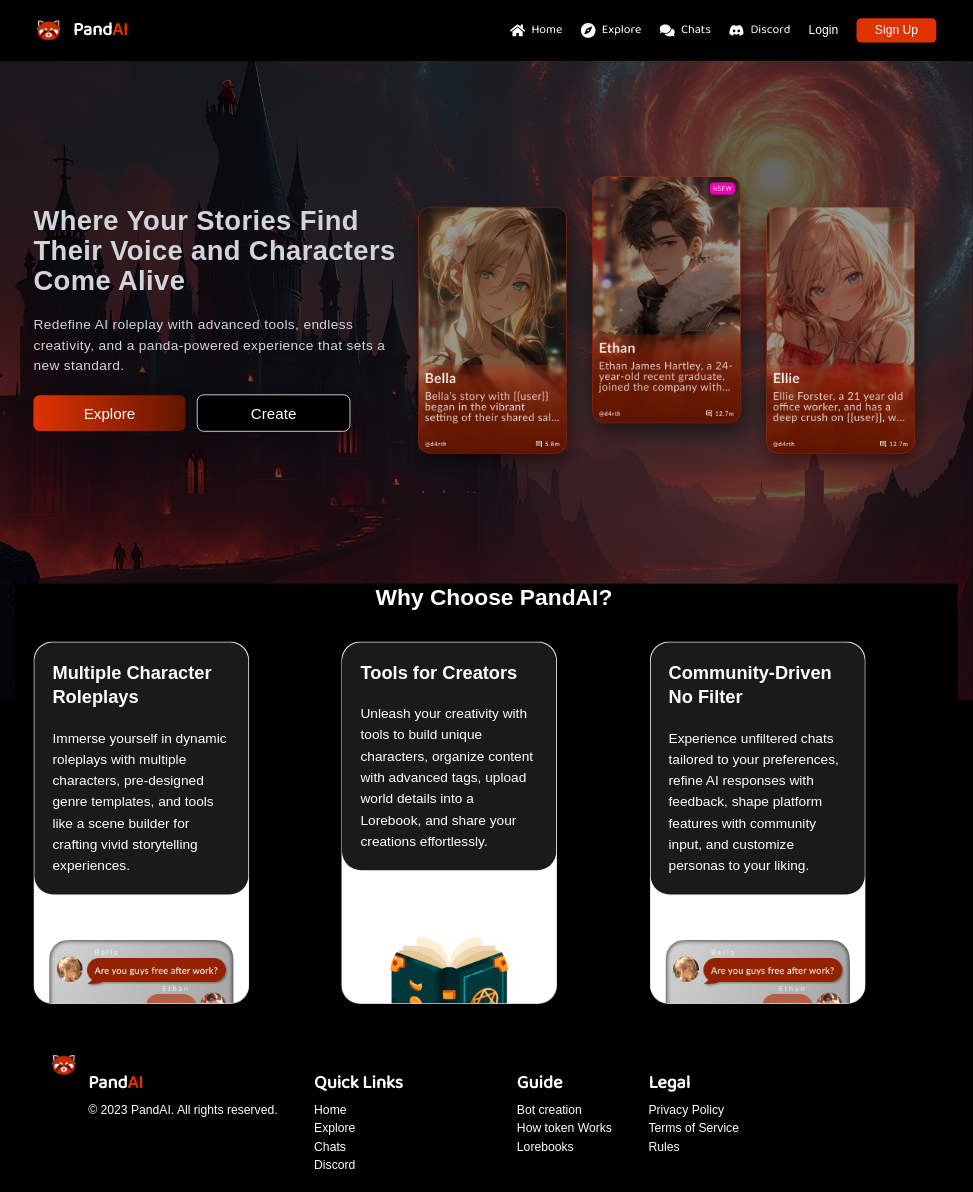
Repository: PandamoniumAI/Pandamonium
Page: /preview
An editor plug-in stored every save of this project. The page is shown before and after the next save, followed by the edit.
The browser window is 1280 px wide. The pictures show the whole page, at 76% of full size.
Some web libraries are served in a nearby version. The project was rebuilt for these pictures with package versions that can differ from the ones it lists, and the page was loaded fresh each time. Also part of the build but not shown: vite.config.js, src/Utils/Utils.js, src/Components/SearchBar/SearchBar.jsx, src/Components/CSS/CharacterCard.css, src/Components/CharacterCard/CharacterCard.jsx, src/Components/CSS/CharacterCardModal.css, src/Components/CharacterCardModal/CharacterCardModal.jsx, src/Components/CSS/Tags.css and 15 more.

Above is the page before, as saved 2025-01-01 21:29:57.

### index.html
<!doctype html>
<html lang="en">
  <head>
    <meta charset="UTF-8" />
    <link rel="icon" type="image/svg+xml" href="/src/assets/animal.png"/>
    <meta name="viewport" content="width=device-width, initial-scale=1.0" />
    <title>Pandamonium</title>
    <link
      href="https://cdn.jsdelivr.net/npm/bootstrap@5.3.0-alpha1/dist/css/bootstrap.min.css"
      rel="stylesheet"
    />
    <link
      href="https://cdn.jsdelivr.net/npm/bootstrap-icons/font/bootstrap-icons.css"
      rel="stylesheet"
    />
    <link
      href="https://cdnjs.cloudflare.com/ajax/libs/animate.css/4.1.1/animate.min.css"
      rel="stylesheet"
    />
  </head>

  <body>
    <div id="root"></div>
    <script src="https://kit.fontawesome.com/68b5244ee4.js" crossorigin="anonymous"></script>
    <script src="https://cdn.jsdelivr.net/npm/react/umd/react.production.min.js"></script>
    <script src="https://cdn.jsdelivr.net/npm/react-dom/umd/react-dom.production.min.js"></script>
    <script type="module" src="/src/main.jsx"></script>
    <script src="https://cdn.jsdelivr.net/npm/bootstrap@5.3.0-alpha1/dist/js/bootstrap.bundle.min.js"></script>
  </body>
</html>

### src/App.jsx
import HomePage from "./Components/HomePage/HomePage.jsx";
import Chat from "./Components/Chat/Chat.jsx";
import Create from "./Components/Create/Create.jsx";
import Error from "./Components/Error/Error.jsx";
import { BrowserRouter as Router, Routes, Route } from "react-router-dom";
import Preview from "../src/Preview/Preview.jsx";
function App() {
  return (
    <Router>
      <Routes>
        <Route path="/" element={<HomePage />} />
        <Route path="/chat/:characterId" element={<Chat />} />
        <Route path="/create" element={<Create />} />
        <Route path="*" element={<Error />} />
        <Route path="/preview" element={<Preview />} />
      </Routes>
    </Router>
  );
}

export default App;

### src/Preview/Preview.jsx
import React from "react";
import Animal from "../assets/animal.png";
import "./Preview.css";
import "tailwindcss/tailwind.css";
import {FaHome, FaCompass, FaComments, FaDiscord} from "react-icons/fa";
import image from "../assets/image.png";
import Chatcard from "../assets/Chat Card.png";
import Book from "../assets/Magical Book World Illustration 1.png";
import Roleplay from "../assets/Chat Card (1).png";

export default function Preview() {
  const handleCardHover = (event, element) => {
    const rect = element.getBoundingClientRect();
    const x = (event.clientX - rect.left) / rect.width - 0.5; // Normalize between -0.5 to 0.5
    const y = (event.clientY - rect.top) / rect.height - 0.5;

    element.style.transform = `rotateX(${y * 10}deg) rotateY(${x * 10}deg) scale(1.05)`;
  };

  return (
    <div className="main">
      <div className="fixed top-0 left-0 w-full bg-black bg-opacity-40 p-4 z-50">
        <div className="flex justify-between items-center w-full max-w-screen-xl mx-auto px-4">
          <div
            className="flex items-center space-x-4 cursor-pointer"
            onClick={() => window.scrollTo({top: 0, behavior: "smooth"})}
          >
            <img className="w-8 h-8" src={Animal} alt="Logo" />
            <h1 className="text-2xl font-bold font-baloo text-white">
              Pand<span className="text-[#E03201]">AI</span>
            </h1>
          </div>

          <div className="flex items-center space-x-6">
            <button className="flex items-center text-white font-baloo hover:text-[#E03201] transition">
              <FaHome className="mr-2 text-xl" />
              Home
            </button>
            <button className="flex items-center text-white font-baloo hover:text-[#E03201] transition">
              <FaCompass className="mr-2 text-xl" />
              Explore
            </button>
            <button className="flex items-center text-white font-baloo hover:text-[#E03201] transition">
              <FaComments className="mr-2 text-xl" />
              Chats
            </button>
            <button className="flex items-center text-white font-baloo hover:text-[#E03201] transition">
              <FaDiscord className="mr-2 text-xl" />
              Discord
            </button>
            <button className="text-white hover:text-[#E03201] transition">
              Login
            </button>
            <button className="bg-[#E03201] text-white px-4 py-1 rounded-md hover:bg-[#b02501] transition">
              Sign Up
            </button>
          </div>
        </div>
      </div>

      <div className="preview-container relative p-6">
        <div className="Preview-text mt-[50px] absolute top-[200px]">
          <p className="text-4xl text-gray-300 font-bold mb-6 tracking-[0.5px] w-[500px]">
            Where Your Stories Find Their Voice and Characters Come Alive
          </p>
          <p className="text-[18px] text-gray-300 leading-[27px] tracking-[0.5px] w-[500px] mb-8">
            Redefine AI roleplay with advanced tools, endless creativity, and a
            panda-powered experience that sets a new standard.
          </p>
        </div>

        <div className="Buttons absolute top-[500px] flex space-x-4 mb-8">
          <button className="text-white text-xl h-[47px] w-[200px] rounded-lg shadow-2xl bg-gradient-to-r from-[#E03201] to-[#611600] transform hover:scale-105 transition-all duration-300 ease-in-out hover:shadow-orange-500/50 hover:shadow-lg">
            <span className="relative z-10">Explore</span>
          </button>
          <button
            className="create bg-black text-white text-xl h-[47px] w-[200px] rounded-lg shadow-2xl outline outline-1 hover:outline-none transition-all duration-300 ease-in-out transform hover:scale-105 hover:shadow-[#B22801]/50 hover:shadow-lg relative overflow-hidden group"
            style={{
              outlineImage:
                "linear-gradient(to right, #FFCBBB, #D07A5A, #A8382D, #611600)",
              outlineImageSlice: 1,
            }}
          >
            <span className="relative z-10">Create</span>
            <span className="absolute inset-0 bg-yellow-500 transform scale-x-0 group-hover:scale-x-100 transition-transform duration-300 origin-left"></span>
          </button>
        </div>

        <div className="absolute right-[30px] top-[200px]">
          <img src={image} alt="" />
        </div>
      </div>

      <div className="info px-6 relative bg-black" style={{ top: "700px" }}>
        <div className="infotext mb-8 text-white">
          <h1 className="text-3xl font-bold text-white ml-[450px]">
            Why Choose PandAI?
          </h1>

          <div className="cards grid grid-cols-1 md:grid-cols-3 gap-6 mt-10">
            {[
              "Multiple Character Roleplays",
              "Tools for Creators",
              "Community-Driven No Filter",
            ].map((title, index) => (
              <div
                key={index}
                className="card relative flex flex-col justify-between w-[284px] h-[477px] rounded-[25px] overflow-hidden"
                onMouseMove={(e) => handleCardHover(e, e.currentTarget)}
              >
                <div
                  className="absolute inset-0 -z-10 rounded-[25px]"
                  style={{
                    background:
                      "linear-gradient(135deg, #BF18C2, #6B1C8F, #1D0375)",
                    position: "absolute",
                    top: 0,
                    left: 0,
                    right: 0,
                    bottom: 0,
                    borderRadius: "25px",
                    padding: "2px",
                  }}
                />
                <div className="content p-6 bg-[#1A1A1A] flex flex-col justify-between h-full rounded-[25px]">
                  <h2 className="text-2xl font-semibold mb-4 text-white">
                    {title}
                  </h2>
                  <p className="text-lg text-white">
                    {index === 0
                      ? "Immerse yourself in dynamic roleplays with multiple characters, pre-designed genre templates, and tools like a scene builder for crafting vivid storytelling experiences."
                      : index === 1
                        ? "Unleash your creativity with tools to build unique characters, organize content with advanced tags, upload world details into a Lorebook, and share your creations effortlessly."
                        : "Experience unfiltered chats tailored to your preferences, refine AI responses with feedback, shape platform features with community input, and customize personas to your liking."}
                  </p>
                </div>
                <div className="image-container mt-4">
                  {index === 0 ? (
                    <img
                      src={Chatcard}
                      alt="Roleplay"
                      className="w-full rounded-[25px]"
                    />
                  ) : index === 1 ? (
                    <img
                      src={Book}
                      alt="Creator Tools"
                      className="w-full rounded-[25px]"
                    />
                  ) : (
                    <img
                      src={Roleplay}
                      alt="Community"
                      className="w-full rounded-[25px]"
                    />
                  )}
                </div>
              </div>
            ))}
          </div>

          <div className="Footer bg-black py-6 flex items-start pl-6 mt-10">
  <img className="w-8 h-8 mr-4 mb-[35px]" src={Animal} alt="Logo" />
  <div className="flex flex-col mr-12 mt-6">
    <h1 className="text-2xl font-bold font-baloo text-white">
      Pand<span className="text-[#E03201]">AI</span>
    </h1>
    <p className="text-white mt-2">
      © 2023 PandAI. All rights reserved.
    </p>
  </div>

  <div className="Quicklinks mr-[150px] mt-6">
    <h1 className="text-2xl font-bold font-baloo text-white">Quick Links</h1>
    <ul className="list-none pl-0 mt-2">
      <li className="text-white hover:text-[#E03201] transition">
        <a href="#">Home</a>
      </li>
      <li className="text-white hover:text-[#E03201] transition">
        <a href="#">Explore</a>
      </li>
      <li className="text-white hover:text-[#E03201] transition">
        <a href="#">Chats</a>
      </li>
      <li className="text-white hover:text-[#E03201] transition">
        <a href="#">Discord</a>
      </li>
    </ul>
  </div>

  <div className="guide mr-12 mt-6">
    <h1 className="text-2xl font-bold font-baloo text-white">Guide</h1>
    <ul className="list-none pl-0 mt-2">
      <li className="text-white hover:text-[#E03201] transition">
        <a href="#">Bot creation</a>
      </li>
      <li className="text-white hover:text-[#E03201] transition">
        <a href="#">How token Works</a>
      </li>
      <li className="text-white hover:text-[#E03201] transition">
        <a href="#">Lorebooks</a>
      </li>
    </ul>
  </div>

  <div className="legal mr-12 mt-6">
    <h1 className="text-2xl font-bold font-baloo text-white">Legal</h1>
    <ul className="list-none pl-0 mt-2">
      <li className="text-white hover:text-[#E03201] transition">
        <a href="#">Privacy Policy</a>
      </li>
      <li className="text-white hover:text-[#E03201] transition">
        <a href="#">Terms of Service</a>
      </li>
      <li className="text-white hover:text-[#E03201] transition">
        <a href="#">Rules</a>
      </li>
    </ul>
  </div>
</div>


        </div>
      </div>
    </div>
  );
}

### src/Components/Chat/ExtraCss.css
/* ExtraCss.css */

/* General Styles */
body {
    margin: 0;
    padding: 0;
    font-family: Arial, sans-serif;
    background-color: #121212;
    color: #ffffff;
  }

  /* Chat Container */
  .d-flex {
    display: flex;
  }

  .flex-column {
    flex-direction: column;
  }

  .h-100 {
    height: 100%;
  }

  .bg-dark {
    background-color: #181818;
  }

  .text-white {
    color: #ffffff;
  }

  .border-secondary {
    border-color: #444;
  }

  .border-top {
    border-top: 1px solid;
  }

  .border-bottom {
    border-bottom: 1px solid;
  }

  .overflow-hidden {
    overflow: hidden;
  }

  .overflow-auto {
    overflow: auto;
  }

  /* Chat Header */
  .p-3 {
    padding: 1rem;
  }

  .align-items-center {
    align-items: center;
  }

  .space-x-4 > * + * {
    margin-left: 1rem;
  }

  /* Avatar */
  img.rounded-circle {
    border-radius: 50%;
    cursor: pointer;
  }

  /* Message Bubbles */
  .bg-secondary {
    background-color: #2a2a2a;
  }

  .p-3 {
    padding: 1rem;
  }

  .rounded-lg {
    border-radius: 1rem;
  }

  .shadow-lg {
    box-shadow: 0px 4px 10px rgba(0, 0, 0, 0.2);
  }

  .text-muted {
    color: #aaaaaa;
  }

  /* Input Field */
  input {
    outline: none;
  }

  input::placeholder {
    color: #aaaaaa;
  }

  .border-0 {
    border: none;
  }

  .flex-grow-1 {
    flex-grow: 1;
  }

  .shadow-lg {
    box-shadow: 0px 4px 10px rgba(0, 0, 0, 0.2);
  }

  /* Buttons */
  button {
    cursor: pointer;
  }

  button:disabled {
    opacity: 0.6;
    cursor: not-allowed;
  }

  .btn {
    display: inline-flex;
    justify-content: center;
    align-items: center;
    padding: 0.5rem;
    border: none;
    border-radius: 0.5rem;
    transition: background-color 0.3s ease, transform 0.2s ease;
  }

  .btn:hover:not(:disabled) {
    background-color: #555;
    transform: translateY(-2px);
  }

  .btn-light {
    background-color: #444;
    color: #fff;
  }

  .btn-primary {
    background-color: #007bff;
    color: #fff;
  }

  .btn-primary:hover:not(:disabled) {
    background-color: #0056b3;
  }

  /* Typing Animation */
  .animate-pulse {
    animation: pulse 1.5s infinite;
  }

  @keyframes pulse {
    0%, 100% {
      opacity: 1;
    }
    50% {
      opacity: 0.5;
    }
  }

  /* Smooth Fade-In */
  @keyframes fadeIn {
    from {
      opacity: 0;
      transform: translateY(10px);
    }
    to {
      opacity: 1;
      transform: translateY(0);
    }
  }

  /* Scrollbar Styles */
  .overflow-auto::-webkit-scrollbar {
    width: 6px;
  }

  .overflow-auto::-webkit-scrollbar-thumb {
    background-color: #444;
    border-radius: 10px;
  }

  .overflow-auto::-webkit-scrollbar-track {
    background-color: transparent;
  }

  .ReactModal__Overlay {
    opacity: 0;
    transition: opacity 0.3s ease-in-out;
  }
  .ReactModal__Overlay--after-open {
    opacity: 1;
  }
  .ReactModal__Overlay--before-close {
    opacity: 0;
  }

### src/Components/CSS/Create.css
body {
    background-color: #121212;
    color: #fff;
    min-height: 100vh;
    padding: 20px;
    font-family: 'Arial', sans-serif;
}
.creation-form {
    max-width: 800px;
    margin: 0 auto;
    background-color: rgba(0, 0, 0, 0.8);
    padding: 30px;
    border-radius: 15px;
    border: 1px solid #444;
    transition: all 0.3s ease;
}
.creation-form:hover {
    transform: scale(1.03);
    box-shadow: 0 10px 30px rgba(0, 0, 0, 0.5);
}
.form-control {
    background-color: #333;
    border: 1px solid #555;
    color: #fff;
    margin-bottom: 20px;
    transition: all 0.3s ease;
}
.form-control:focus {
    background-color: #444;
    border-color: #007bff;
    color: #fff;
}
.form-label {
    font-weight: bold;
}
.btn {
    background-color: #007bff;
    color: #fff;
    transition: all 0.3s ease;
}
.btn:hover {
    background-color: #0056b3;
}
.select2-container {
    width: 100%;
}
.custom-tag-field {
    margin-top: 20px;
}
.custom-tag-field input {
    width: calc(100% - 60px);
    display: inline-block;
    margin-right: 10px;
}
.custom-tag-field button {
    display: inline-block;
    background-color: #28a745;
    color: white;
    padding: 6px 12px;
    border: none;
    cursor: pointer;
}
.custom-tag-field button:hover {
    background-color: #218838;
}

@keyframes float {
    0% { transform: translateY(0px); }
    50% { transform: translateY(-10px); }
    100% { transform: translateY(0px); }
}

.tags-modal {
    display: none;
    position: fixed;
    top: 0;
    left: 0;
    width: 100%;
    height: 100%;
    background: rgba(0,0,0,0.7);
    z-index: 1000;
    animation: fadeIn 0.3s;
}

.tags-modal-content {
    position: absolute;
    top: 50%;
    left: 50%;
    transform: translate(-50%, -50%);
    background: #121212;
    color: white;
    padding: 2rem;
    border-radius: 15px;
    width: 90%;
    max-width: 500px;
    animation: slideIn 0.3s;
    box-shadow: 0 5px 15px rgba(0,0,0,0.3);
}

.tags-modal-header {
    display: flex;
    justify-content: space-between;
    align-items: center;
    margin-bottom: 1.5rem;
    border-bottom: 1px solid #333;
    padding-bottom: 1rem;
}

.btn-close {
    background-color: white;
}

.tag-pills {
    display: flex;
    flex-wrap: wrap;
    gap: 0.5rem;
}

.tag-pill {
    padding: 0.5rem 1rem;
    background: #2d2d2d;
    color: white;
    border-radius: 20px;
    cursor: pointer;
    transition: all 0.2s;
    border: 1px solid #444;
}

.tag-pill:hover {
    background: #3d3d3d;
    transform: translateY(-1px);
}

.tag-pill.selected {
    background: #007bff;
    color: white;
    border-color: #0056b3;
}

.selected-tags {
    background: #1a1a1a;
    padding: 1rem;
    border-radius: 10px;
}

.form-control {
    background: #2d2d2d;
    border: 1px solid #444;
    color: white;
}

.form-control:focus {
    background: #2d2d2d;
    color: white;
    border-color: #007bff;
    box-shadow: 0 0 0 0.2rem rgba(0,123,255,0.25);
}

.form-control::placeholder {
    color: #888;
}

@keyframes fadeIn {
    from { opacity: 0; }
    to { opacity: 1; }
}

@keyframes slideIn {
    from { transform: translate(-50%, -60%); opacity: 0; }
    to { transform: translate(-50%, -50%); opacity: 1; }
}

### src/Preview/Preview.css
@tailwind base;
@tailwind components;
@tailwind utilities;

@font-face {
    font-family: 'BalooDa2';
    src: url('../assets/Fonts/BalooDa2-Regular.ttf') format('truetype');
    font-weight: 400;
    font-style: normal;
}

body {
    position: relative;
    background-color: #000;
    min-height: 100vh;
    margin: 0;
    display: flex;
    flex-direction: column;
}

body::before {
    content: '';
    position: absolute;
    top: 0;
    left: 0;
    right: 0;
    bottom: 0;
    background-image: url('../../src/assets/Castle.jpg');
    background-size: cover;
    background-position: center;
    opacity: 0.4;
    z-index: -1;
}

### src/Components/Chat/Sidebar/styles.css
.floating-btn {
  position: absolute;
  top: 50%;
  left: 20px;
  cursor: pointer;
  z-index: 999;
  width: 64px;
  height: 64px;
  background-color: transparent;
  border: none;
  border-radius: 50%;
  transition: left 0.6s ease, transform 0.3s ease;
  box-shadow: none; /* Removed shadow */
}

.floating-btn.open {
  left: calc(240px + 20px);
}

.floating-btn.closed {
  left: 20px;
}

.sidebar {
  position: fixed;
  top: 0;
  left: 0;
  height: 100vh;
  background-color: #333;
  transition: width 0.5s ease-in-out;
  overflow: hidden;
  border-radius: 0 20px 20px 0;
}

.sidebar.open {
  width: 240px;
}

.sidebar.closed {
  width: 0;
}

.panda-image {
  transition: transform 0.5s ease, transform-origin 0.5s ease;
}

.panda-image:hover {
  transform: rotate(360deg); /* Full 360° rotation on hover */
  transform-origin: center;
}

.floating-btn:hover img {
  transform: rotate(360deg); /* Rotate the image smoothly when hovering over it */
  transition: transform 0.6s ease-in-out;
}

/* Reverse rotation when mouse leaves */
.floating-btn img {
  transition: transform 0.6s ease-out;
}

.floating-btn img:hover {
  animation: pandaRotate 0.6s forwards;
}

@keyframes pandaRotate {
  0% {
      transform: rotate(0deg);
  }
  100% {
      transform: rotate(360deg);
  }
}

.floating-btn img:not(:hover) {
  animation: reversePandaRotate 0.6s forwards;
}

@keyframes reversePandaRotate {
  0% {
      transform: rotate(360deg);
  }
  100% {
      transform: rotate(0deg);
  }
}

#pandaBtn {
  transition: transform 0.6s ease-in-out;
}

@media (max-width: 768px) {
  .sidebar {
      display: none;
  }

  .floating-btn {
      left: 20px;
  }
}

Loaded but not shown: src/main.jsx (common file); tailwind.config.js (14 lines, source omitted); src/Components/CSS/HomePage.css (319 lines, source omitted)

After the next save:
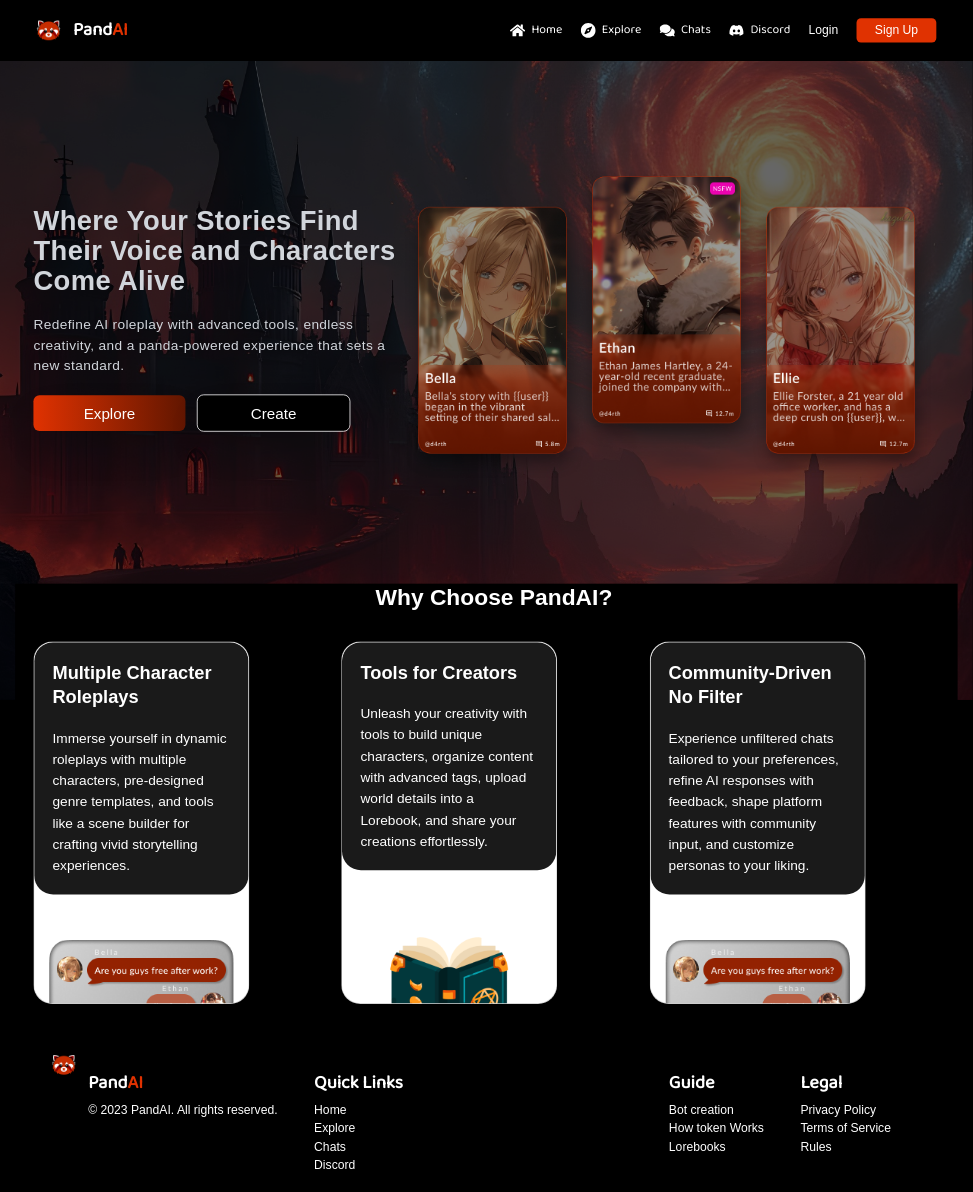
Saved 6 s later.
--- a/src/Preview/Preview.jsx
+++ b/src/Preview/Preview.jsx
@@ -170,7 +170,7 @@
     </p>
   </div>
 
-  <div className="Quicklinks mr-[150px] mt-6">
+  <div className="Quicklinks mr-[350px] mt-6">
     <h1 className="text-2xl font-bold font-baloo text-white">Quick Links</h1>
     <ul className="list-none pl-0 mt-2">
       <li className="text-white hover:text-[#E03201] transition">
